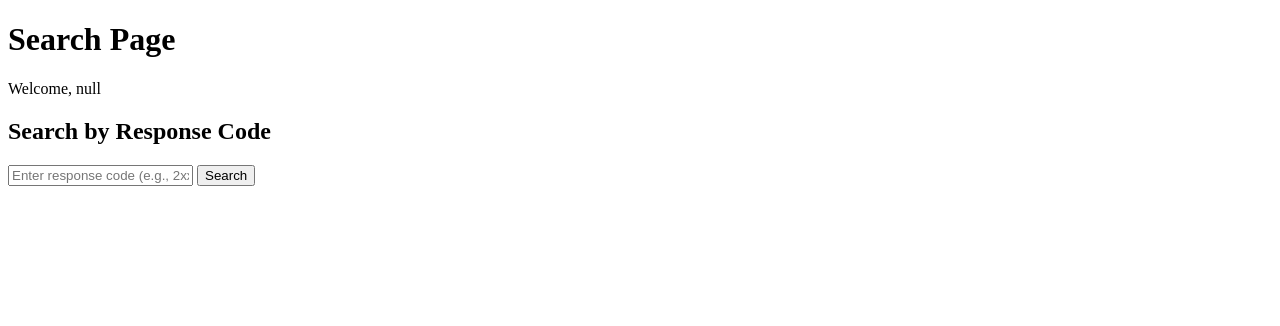
Repository: ramk06/Moengage-assesment
Page: http://localhost/task/search.jsp
These files come from the project's save history. The page is drawn as it stood at one moment and after the next save; the edit follows.
The browser window is 1280 px wide. The pictures show the whole page.
The page is served by Tomcat 9.

Above is the page before, as saved 2024-11-22 05:21:22.

After the next save:
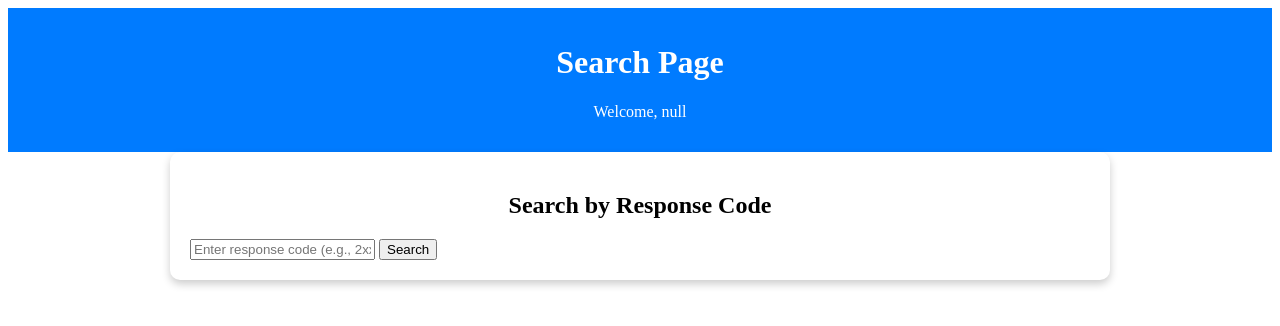
Saved 2 min 18 s later.
--- a/task/src/main/webapp/search.jsp
+++ b/task/src/main/webapp/search.jsp
@@ -7,6 +7,81 @@
 <meta name="viewport" content="width=device-width, initial-scale=1.0">
 <title>Search Page</title>
 <style>
+<style>
+body {
+	font-family: Arial, sans-serif;
+	margin: 0;
+	padding: 0;
+	background-color: #f4f4f4;
+}
+.header {
+	background-color: #007bff;
+	color: white;
+	padding: 15px;
+	text-align: center;
+}
+.container {
+	padding: 20px;
+	margin: 0 auto;
+	width: 80%;
+	max-width: 900px;
+	background: white;
+	border-radius: 10px;
+	box-shadow: 0 4px 8px rgba(0, 0, 0, 0.2);
+}
+h2 {
+	text-align: center;
+	margin-bottom: 20px;
+}
+.filter-form {
+	margin-bottom: 20px;
+	text-align: center;
+}
+.filter-form input {
+	padding: 10px;
+	width: 70%;
+	border: 1px solid #ccc;
+	border-radius: 5px;
+}
+.filter-form button {
+	padding: 10px 20px;
+	background-color: #28a745;
+	color: white;
+	border: none;
+	border-radius: 5px;
+	cursor: pointer;
+	font-size: 16px;
+}
+.filter-form button:hover {
+	background-color: #218838;
+}
+.images-container {
+	display: flex;
+	flex-wrap: wrap;
+	gap: 10px;
+	justify-content: center;
+}
+.images-container img {
+	width: 150px;
+	height: 150px;
+	border: 1px solid #ccc;
+	border-radius: 5px;
+}
+.save-button {
+	display: block;
+	margin: 20px auto;
+	padding: 10px 20px;
+	background-color: #007bff;
+	color: white;
+	border: none;
+	border-radius: 5px;
+	cursor: pointer;
+	font-size: 16px;
+	text-align: center;
+}
+.save-button:hover {
+	background-color: #0056b3;
+}
 .logout-button {
     padding: 10px 15px;
     background-color: #dc3545;
